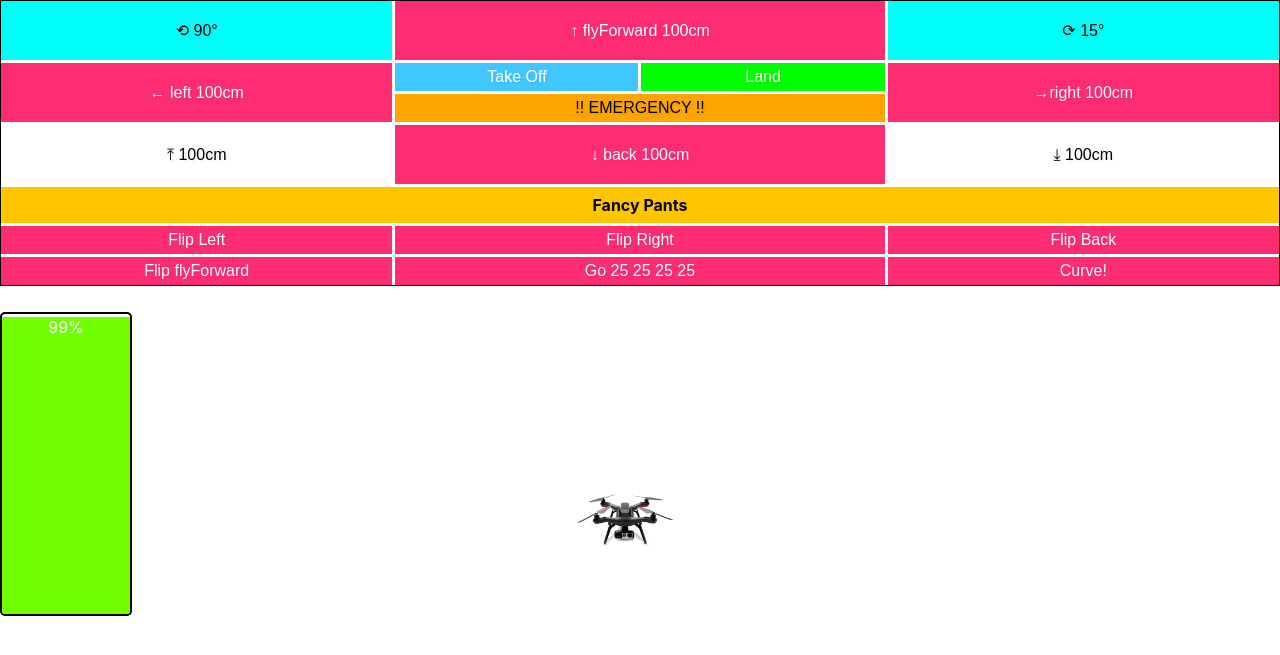
Repository: JivkoJelev91/Drone-Simulator
Page: /
The author's editor kept a copy of each file at every save. The page is drawn from the files as they stood at one save, then again after a run of saves.
The browser window is 1280 px wide. The pictures show the whole page.
The project was rebuilt for these pictures with package versions that can differ from the ones it lists, and the page was loaded fresh each time.

Above is the page before, as saved 2018-12-21 15:33:31.

### src/index.css
body {
  margin: 0;
  padding: 0;
  font-family: -apple-system, BlinkMacSystemFont, "Segoe UI", "Roboto", "Oxygen",
    "Ubuntu", "Cantarell", "Fira Sans", "Droid Sans", "Helvetica Neue",
    sans-serif;
  -webkit-font-smoothing: antialiased;
  -moz-osx-font-smoothing: grayscale;
}

code {
  font-family: source-code-pro, Menlo, Monaco, Consolas, "Courier New",
    monospace;
}

.view{
  display:flex;
  padding-top:2%;
  width:100%;
  box-sizing: border-box;
  position: relative;
}

.parentDrone{
  padding-top: 10%;
  display:flex;
  justify-content: center;
  position: absolute;
  bottom:15%;
  /* transform: rotate(0deg);  */
}

.drone img {
  width: 100%;
}

.drone{
  width:100px;
}

.batteryStyles{
  width: 10%;
  height:300px;
  border: 2px solid black;
  border-radius: 5px;
  overflow: hidden;
  display: flex;
  flex-direction: column-reverse;
}

.batteryLevel {
  transition: all 0.5s;
  height: 100%;
  text-align: center;
  color: white;
  display: block;
  background: var(--color);
  background: #70ff00;
}

.CommandGrid{
  display: grid;
  grid-template-columns: 1fr 1.25fr 1fr;
  grid-template-rows: repeat(3, 1fr);
  border: 1px solid black;
  grid-gap: 3px;
}

.CommandGrid .center{
  display: grid;
  grid-gap: 3px;
  grid-template-columns: 1fr 1fr;
}

.CommandGrid h2{
  grid-column: 1 / -1;
  background: #ffc600;
  margin: 0;
  font-size: 1rem;
  text-align: center;
  padding: 0.5rem;
  color: black;
}

.CommandGrid .center button:last-child{
  grid-column: span 2;
}

.CommandGrid   button {
  text-shadow: 2px 2px 0 rgba(0, 0, 0, 0.05);
  border: 0;
  background: #fe2c70;
  border: 4px solid transparent;
  color: white;
  font-size: 1rem;
  position: relative;
}
.CommandGrid button:active{
  top: 2px;
}
.CommandGrid button:focus{
  outline: 0;
  border-color: #ffc600;
}
.CommandGrid button.takeoff{
  background: #41c7ff;
}
.CommandGrid button.land{
  background: #00ff00;
}
.CommandGrid button.emergency{
  background: orange;
  text-transform: uppercase;
  color: black;
}
.CommandGrid button.rotate{
  background: #00fff9;
  color: black;
}
.CommandGrid button.height{
  background: #fff;
  color: black;
}
.CommandGrid button.span.symbol {
  display: block;
  font-size: 2rem;
  font-weight: 400;
}

.CommandGrid button.innactiveBtns{
  pointer-events: none;
  background-color: grey;
  border-color: grey;
}

### src/App.js
import React, { Component } from 'react';
import Buttons from './Buttons/Buttons';
import './App.css';

class App extends Component {
  render() {
    return (
        <div className="App">
            <Buttons />
        </div>
    );
  }
}

export default App;

### src/Buttons/Buttons.js
import React, { Component } from 'react';
import Battery from './Battery';
import Drone from './Drone'

class Buttons extends Component{
  constructor(props){
    super(props)
    this.amount = 100;
    this.counter = 0;
    this.state = {
      forward: 20,
      left:45,
      right:0,
      isActive: true,
    }
  }

  rotate(){
    return console.log('rotate!!');
  }

  flyForward = () => {
    this.setState({
      forward: 60,
      isActive: false
    })
    setTimeout( async () => {
      await this.setState({forward: 20});
      await this.setState({isActive: true});
    }, 2000);
  }

  left = () => {
    this.setState({
      left: 10,
      isActive: false
    })
  }

  right(){
      return console.log('right');
  }

  back(){
      return console.log('back');
  }

  takeOff(){
      return console.log('takeOff');
  }

  flipLeft(){
      return console.log('flipLeft');
  }

  flipRight(){
      return console.log('flipRight');
  }

  flipflyForward(){
      return console.log('flipflyForward');
  }

  flipBack(){
      return console.log('flipBack');
  }

  hight(){
      return console.log('hight');
  }

  low(){
      return console.log('low');
  }

  land(){
      return console.log('land');
  }

  emergency(){
      return console.log('emergency');
  }

  render(){
    return (
      <div id="wrapper">
        <div className="CommandGrid">

        <button className="rotate" onClick={this.rotate}>
          <span className="symbol">⟲</span> 90°
        </button>
        <button onClick={this.flyForward} className={!this.state.isActive ? 'innactiveBtns' : null}>
          <span className="symbol">↑</span> flyForward {this.amount}cm
        </button>

        <button className="rotate" onClick={this.rotate}>
          <span className="symbol">⟳</span> 15°
        </button>
        <button onClick={this.left} className={!this.state.isActive ? 'innactiveBtns' : null}>
          <span className="symbol">←</span> left {this.amount}cm
        </button>
        <div className="center">
          <button className="takeoff" onClick={this.takeOff}>
            Take Off
          </button>
          <button className="land" onClick={this.land}>
            Land
          </button>
          <button className="emergency" onClick={this.emergency}>
            !! emergency !!
          </button>
        </div>
        <button onClick={this.right}>
          <span className="symbol">→</span>
          right {this.amount}cm
        </button>
        <button className="height" onClick={this.hight}>
          <span className="symbol">⤒</span> {this.amount}cm
        </button>
        <button onClick={this.back}>
          <span className="symbol">↓</span> back {this.amount}cm
        </button>
        <button className="height" onClick={this.low}>
          <span className="symbol">⤓</span> {this.amount}cm
        </button>
        <h2>Fancy Pants</h2>
        <button onClick={this.flipLeft}>Flip Left</button>
        <button onClick={this.flipRight}>Flip Right</button>
        <button onClick={this.flipBack}>Flip Back</button>
        <button onClick={this.flipflyForward}>Flip flyForward</button>
        <button onClick={console.log('TODO')}>Go 25 25 25 25</button>
        <button onClick={console.log('TODO')}>
          Curve!
        </button>
    </div>
        <div className="view">
              <Battery />
              <Drone state={this.state}/>
          </div>
    </div>
    )
  }
}

export default Buttons;

### src/Buttons/Battery.js
import React, {Component}  from 'react';


class Battery extends Component {
  constructor(){
    super();
    this.state = {
      batteryLevel: 0
    }
    this.countdown = null;
    this.counter = 0;
  }

  lowBattery = () => {
      this.setState({
        batteryLevel: parseInt((10000 - ++this.counter) / 100)
      });
  }

  componentDidMount() {
    this.countdown = setInterval(this.lowBattery, 1000);
  }

  componentWillUnmount() {
    if(this.batteryLevel === 0) clearInterval(this.countdown);
  }

  componentWillMount(){
    this.lowBattery();
  }

  render() {
    return (
      <div className="batteryStyles">
          <span className="batteryLevel" style={{ height:`${ this.state.batteryLevel }%`}}>{this.state.batteryLevel}%</span>
      </div>
    );
  }
}

export default Battery;

### src/Buttons/Drone.js
import React from 'react';
import dronePic from '../images/drone.png'

function Drone(props) {
  console.log(props.state.forward);
  const styles ={
    bottom: `${props.state.forward}%`,
    left: `${props.state.left}%`,
    transition: `bottom 1.2s ease-in`,
    // transition: `left 1.2s ease-in`,
  }
  return (
    <div className="parentDrone" style={styles}>
      <div className="drone" >
        <img src={dronePic} alt="drone" />
      </div>
    </div>
  );
}

export default Drone;

Loaded but not shown: public/index.html (common file); src/index.js (common file); src/serviceWorker.js (common file); src/App.css (common file)

After the next 2 saves:
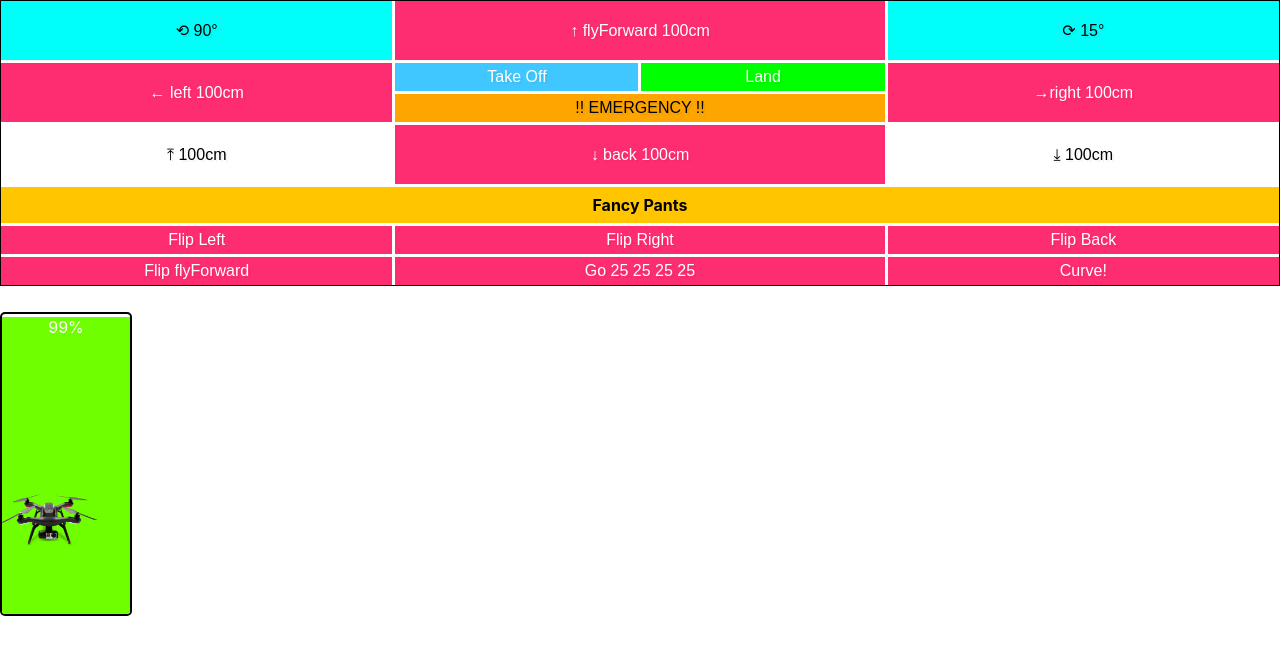
The 2 saves are shown as one change because 1 did not build or start.
The last was saved 64 s later.
--- a/src/Buttons/Drone.js
+++ b/src/Buttons/Drone.js
@@ -2,15 +2,17 @@
 import dronePic from '../images/drone.png'
 
 function Drone(props) {
-  console.log(props.state.forward);
-  const styles ={
+  const stylesForward ={
     bottom: `${props.state.forward}%`,
+    transition: `bottom 1.2s ease-in`,
+  }
+  const stylesLeft = {
     left: `${props.state.left}%`,
-    transition: `bottom 1.2s ease-in`,
-    // transition: `left 1.2s ease-in`,
+    transition: `left 1.2s ease-in`,
   }
+
   return (
-    <div className="parentDrone" style={styles}>
+    <div className="parentDrone" style={stylesForward}>
       <div className="drone" >
         <img src={dronePic} alt="drone" />
       </div>

After the save that followed:
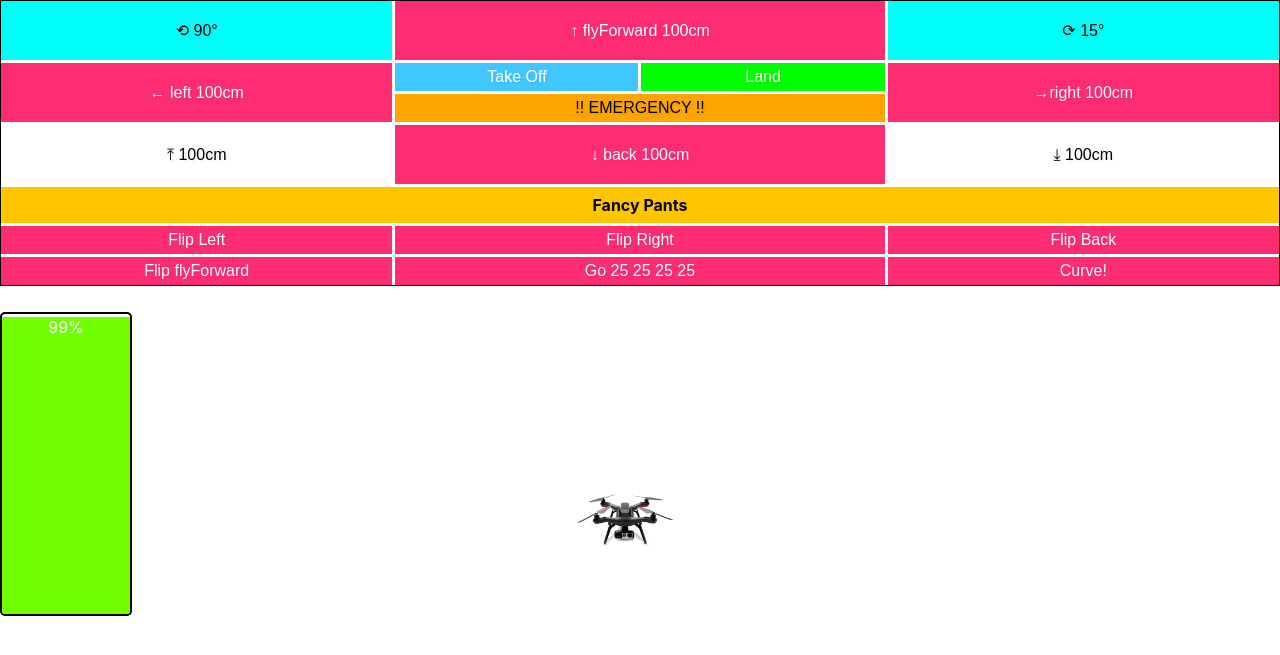
Saved 90 s later.
--- a/src/index.css
+++ b/src/index.css
@@ -27,6 +27,7 @@
   justify-content: center;
   position: absolute;
   bottom:15%;
+  left:45%;
   /* transform: rotate(0deg);  */
 }
 
